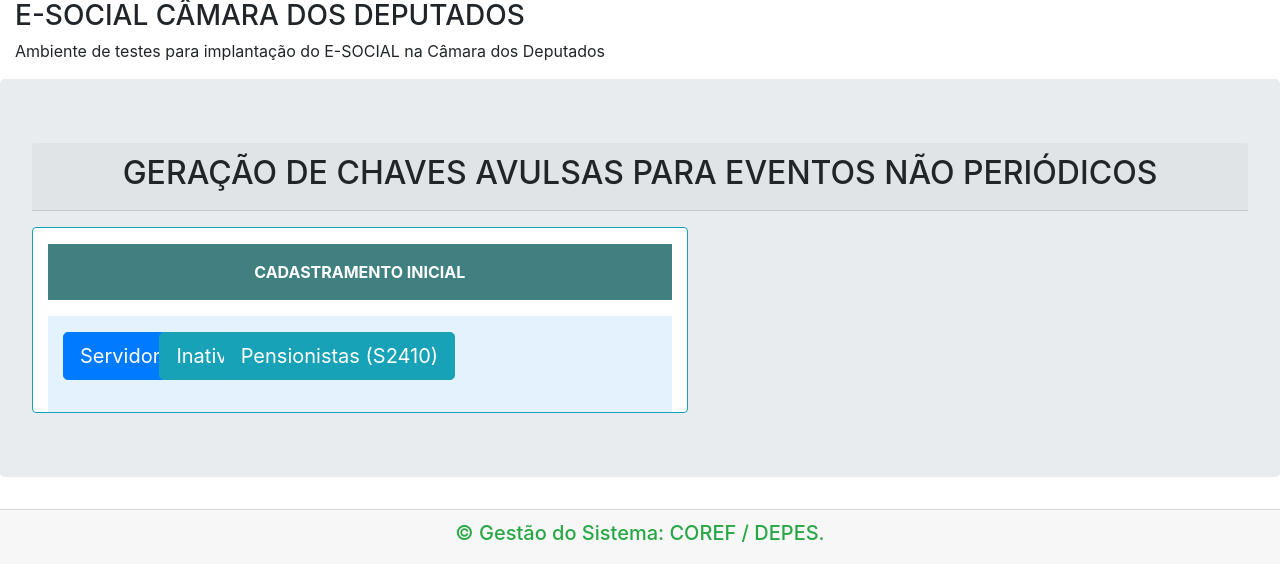
Repository: coref-depes/esocialapp
Page: http://localhost/paginaprincipal
An editor plug-in stored every save of this project. The page is shown before and after the next save, followed by the edit.
The browser window is 1280 px wide. The pictures show the whole page.
Some web fonts or font styles are not loaded; a fallback is used. The page is this project's Thymeleaf template; nobody is signed in. The template is opened directly, without the code that normally fills it, so the values that code supplies are empty.

Above is the page before, as saved 2022-08-03 15:09:15.

After the next save:
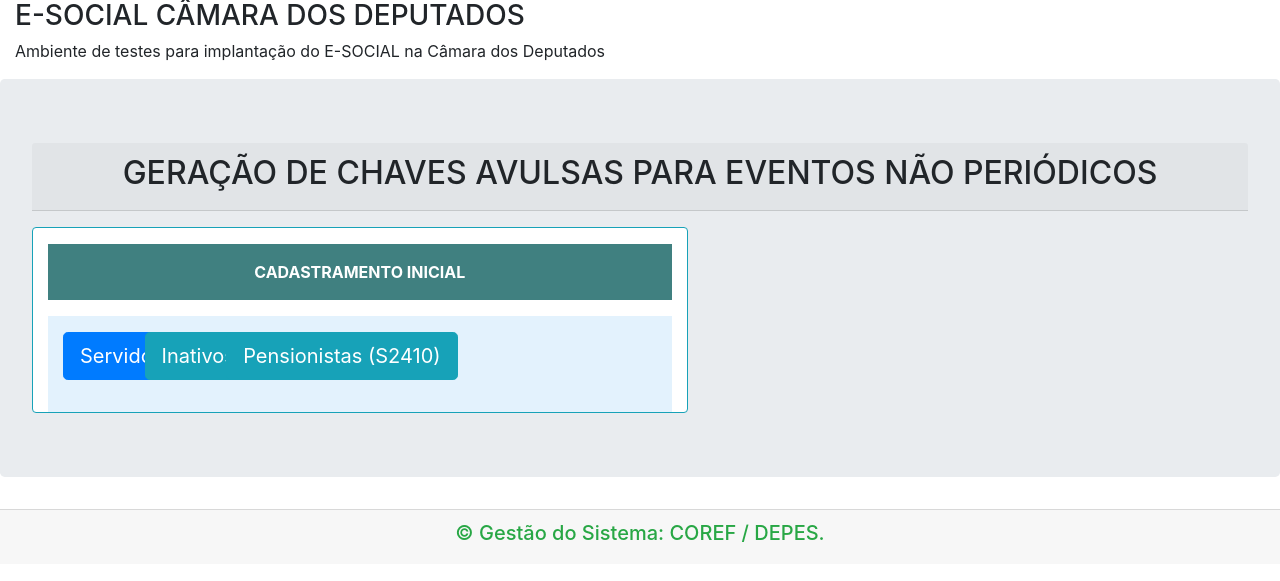
Saved 57 s later.
--- a/br.gov.camara.esocial/src/main/resources/templates/paginaprincipal.html
+++ b/br.gov.camara.esocial/src/main/resources/templates/paginaprincipal.html
@@ -75,10 +75,10 @@
          <div class="row col-md-8  align-items-center justify-content-start">
           <p>
          </div>
-          <div class="row col-md-8  align-items-left justify-content-start">
+          <div class="row col-md-10  align-items-left justify-content-start">
 
 
-  			<div class="form-group col-md-3">
+  			<div class="form-group col-md-2">
             	<a class="btn btn-primary btn-lg" id = "bts2200" th:href="@{/cadini/abrecadastroinicial/S2200}" role="button">Servidores Ativos (S2200 e S2300)</a></p>
              </div>
              <div class="form-group col-md-2">
